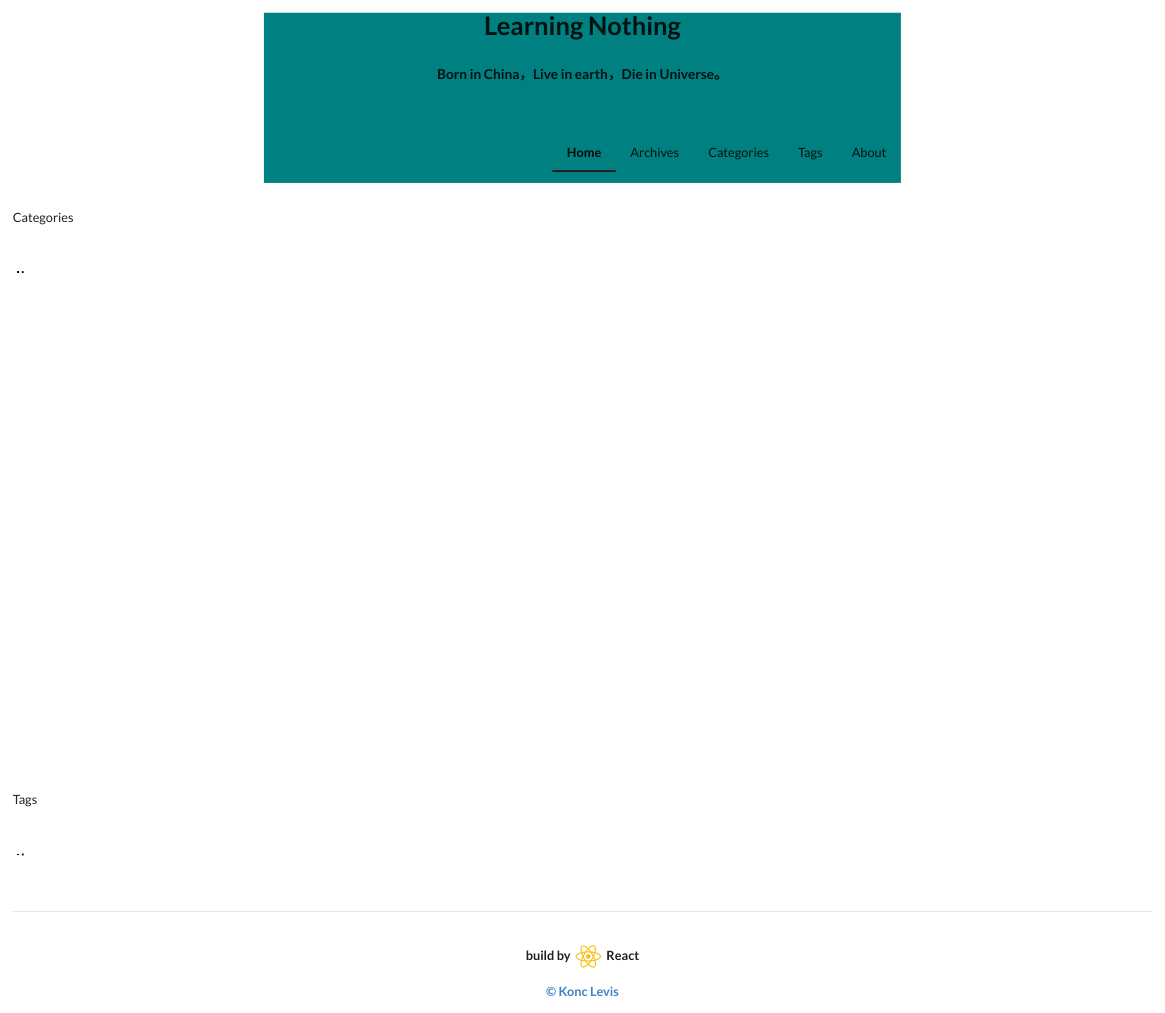
Repository: chu4j/my-spring-cloud-blog-frontend
Page: /
The author's editor kept a copy of each file at every save. The page is drawn from the files as they stood at one save, then again after the next save.
The browser window is 1280 px wide. The pictures show the whole page, at 91% of full size.
The page's requests for data from a server got no answer. The project was rebuilt for these pictures with package versions that can differ from the ones it lists, and the page was loaded fresh each time. No one was signed in, and anything a server would have sent is missing. Also part of the build but not shown: src/components/Categories.jsx, src/components/FocusContent.jsx, src/css/App.css, src/components/owner/LoginForm.jsx, src/components/Tags.jsx, src/components/Timeline.jsx, src/components/TimelineHome.jsx.

Above is the page before, as saved 2021-02-24 11:43:12.

After the next save:
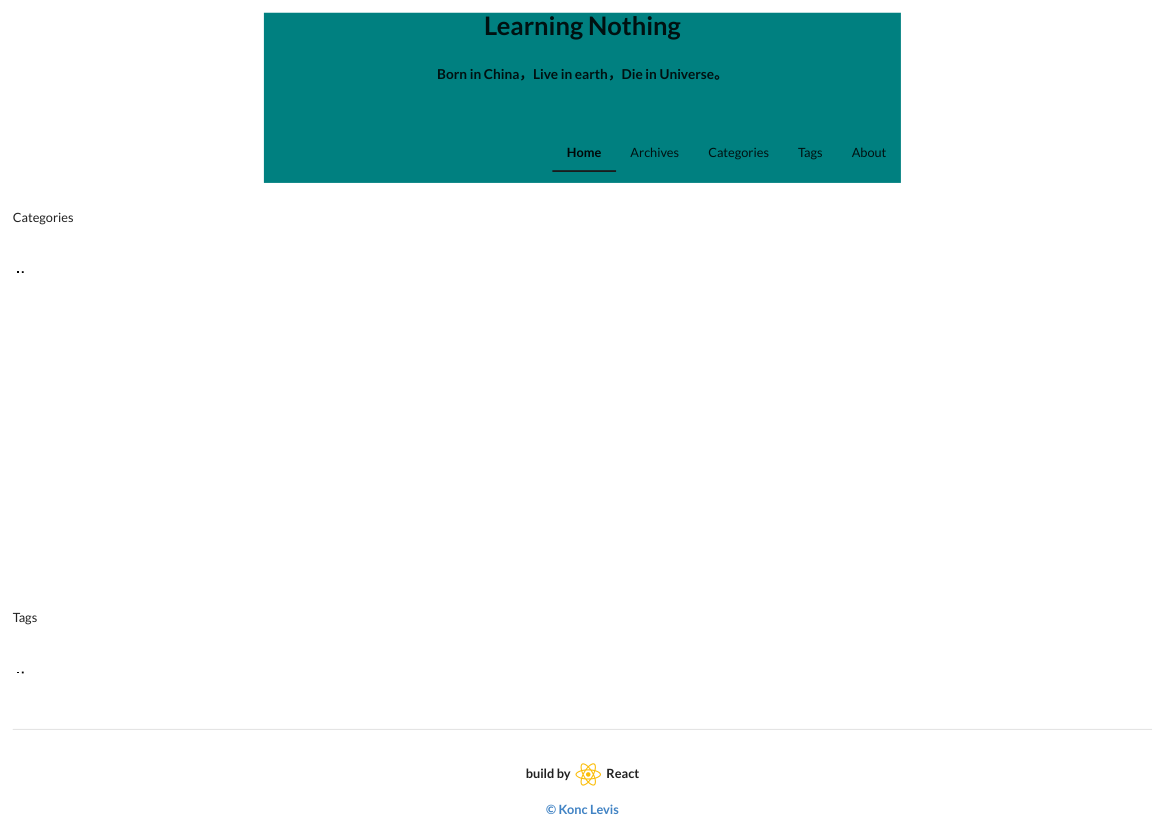
Saved 45 s later.
--- a/src/css/index.css
+++ b/src/css/index.css
@@ -63,5 +63,5 @@ code {
   border-radius: 0;
 }
 .common-label-container{
-  min-height: 540px;
+  min-height: 340px;
 }
